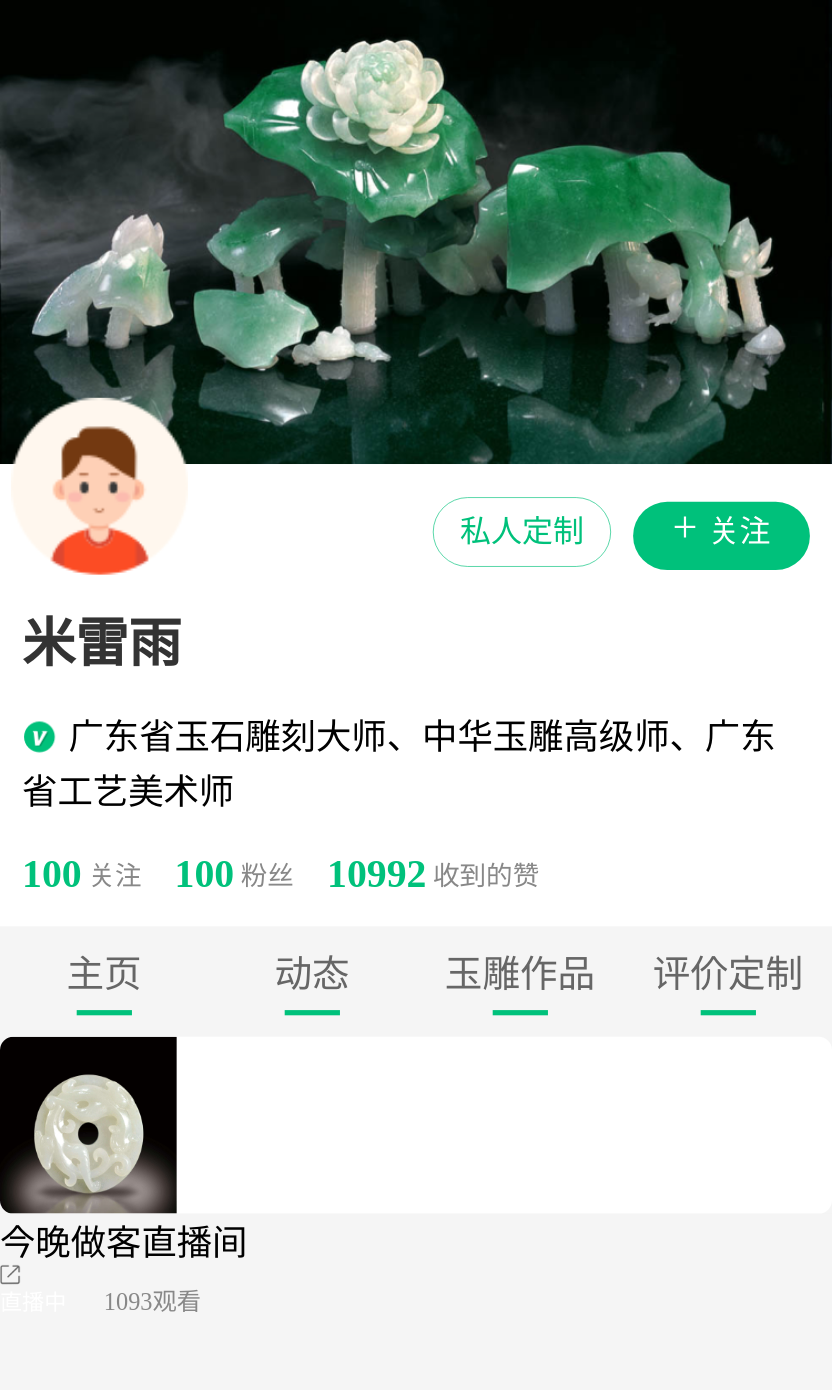
Repository: 1yanglulu/-
Page: html/jadecarvemaincenter.html
An editor plug-in stored every save of this project. The page is shown before and after the next save, followed by the edit.
The browser window is 1280 px wide. The pictures show the whole page, at 65% of full size.

Above is the page before, as saved 2020-01-07 16:39:01.

After the next save:
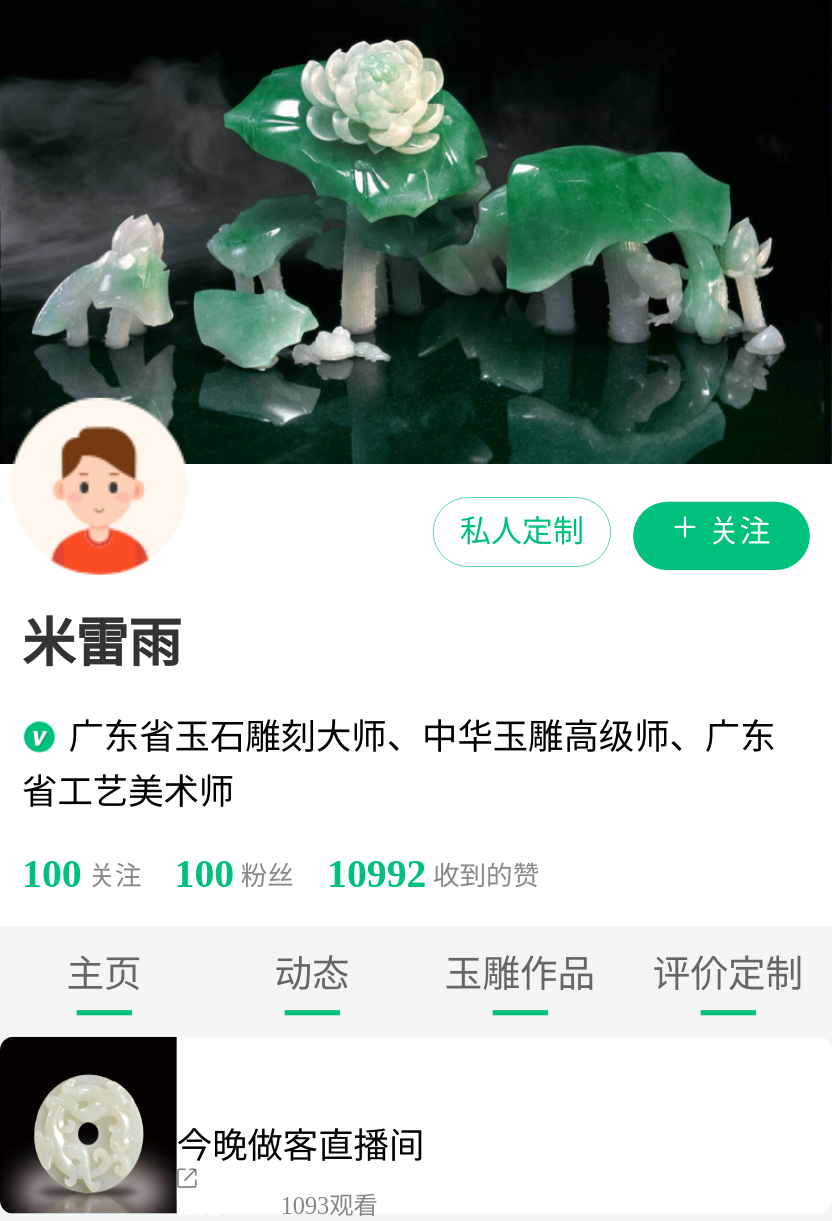
Saved 21 s later.
--- a/css/jadehomepage.css
+++ b/css/jadehomepage.css
@@ -14,7 +14,8 @@
   border-radius: 0.12rem 0 0 0.12rem;
 }
 .live-con{
-  height: 100%;
+  /* height: 100%; */
+  display: inline-block;
 }
 .live-title{
   font-size: .32rem;
